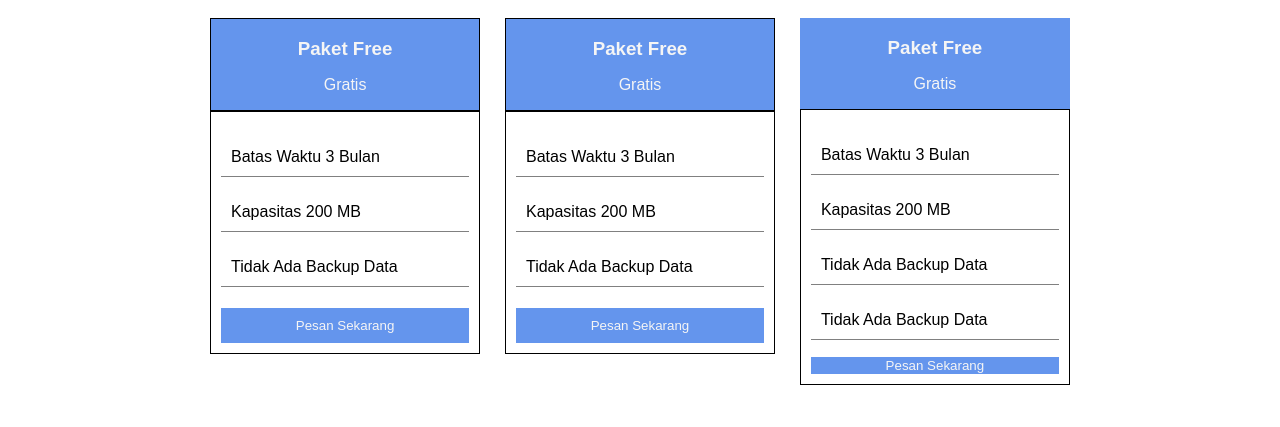
Repository: AHSANS354/tugas-sib5
Page: tugas css/index.html
An editor plug-in stored every save of this project. The page is shown before and after the next save, followed by the edit.
The browser window is 1280 px wide. The pictures show the whole page.

Above is the page before, as saved 2023-08-29 16:32:43.

After the next save:
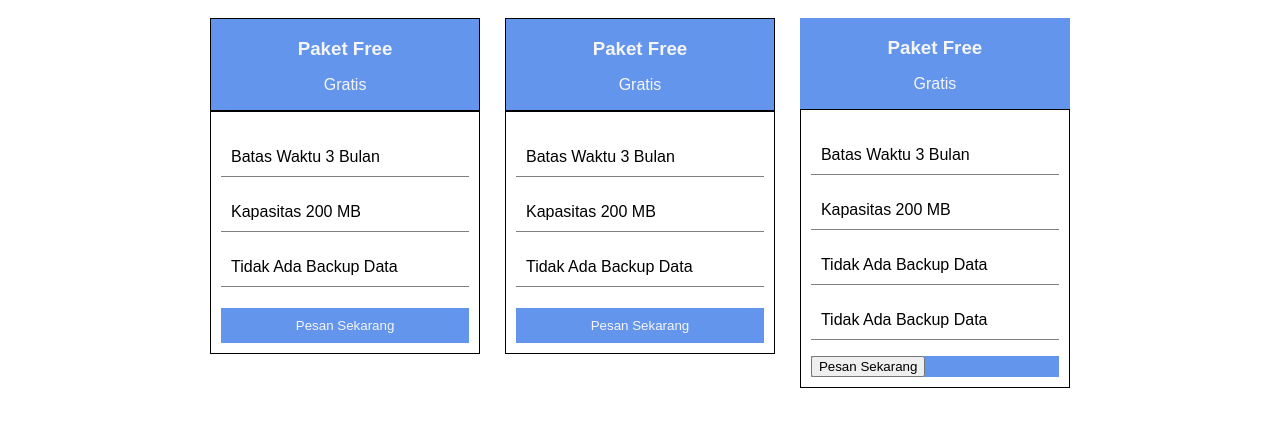
Saved 25 s later.
--- a/tugas css/style.css
+++ b/tugas css/style.css
@@ -97,9 +97,8 @@
   flex-direction: column;
 }
 
-.tombol3 {
+.btn3 {
   width: 100%;
   background-color: cornflowerblue;
-  border: none;
   color: whitesmoke;
 }

After the save that followed:
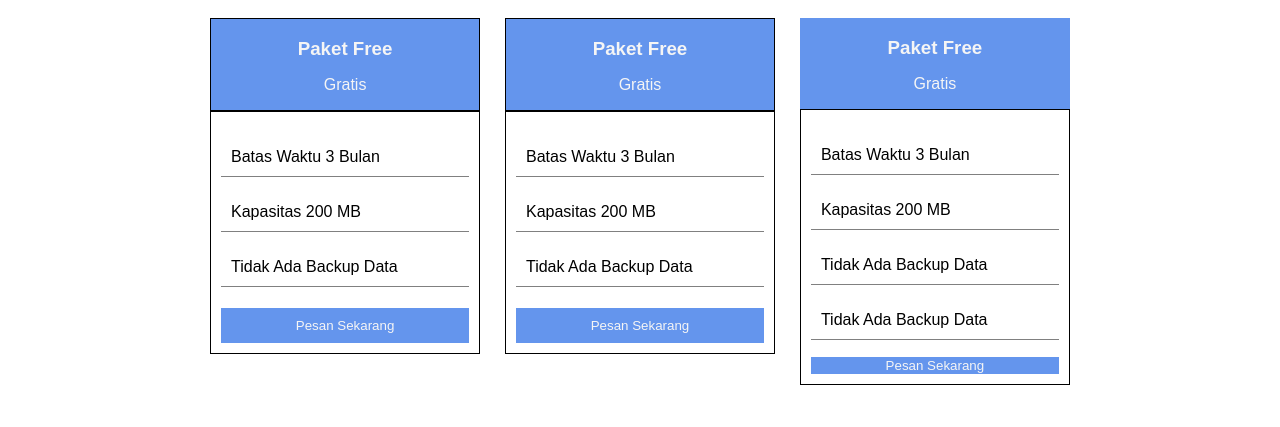
Saved 19 s later.
--- a/tugas css/style.css
+++ b/tugas css/style.css
@@ -97,8 +97,9 @@
   flex-direction: column;
 }
 
-.btn3 {
+.tombol3 {
   width: 100%;
   background-color: cornflowerblue;
+  border: none;
   color: whitesmoke;
 }
